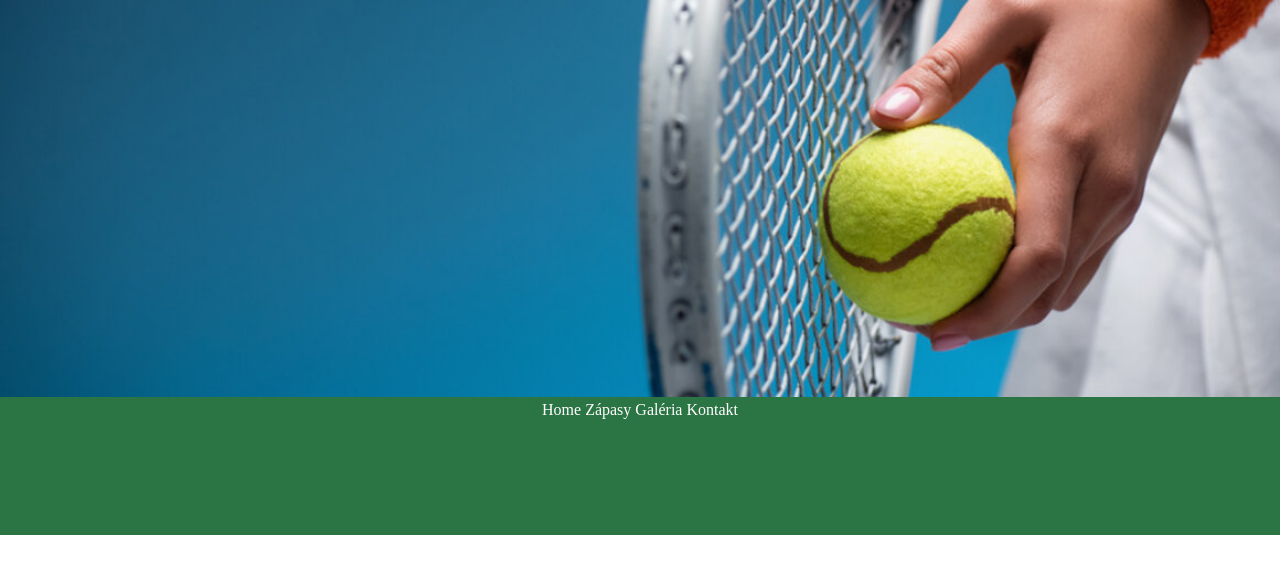
Repository: Badynko/tennis-website
Page: index.html
These files come from the project's save history. The page is drawn as it stood at one moment and after the next save; the edit follows.
The browser window is 1280 px wide. The pictures show the whole page.

Above is the page before, as saved 2024-07-31 19:22:59.

### index.html
<!DOCTYPE html>
<html lang="en">
  <head>
    <meta charset="UTF-8" />
    <meta name="viewport" content="width=device-width, initial-scale=1.0" />
    <title>Výsledky zápasov 2024</title>
    <link rel="stylesheet" href="css/style.css">
    <body>
      <header class="main-header">
      <div class="logo"><img src="img/hdr.jpg" alt="header"></div>
          <nav>
            <ul>
              <li><a href="#">Home</a></li>
              <li><a href="#">Zápasy</a></li>
              <li><a href="#">Galéria</a></li>
              <li><a href="#">Kontakt</a></li>
            </ul>
          </nav>
        </div>
      </header>
      <main></main>
      <footer></footer>
    </body>
  </head>
  <body></body>
</html>

### css/style.css
* {
  margin: 0;
  padding: 0;
  box-sizing: border-box;
}

.main-header {
  display: grid;
  grid-template-columns: 1fr;
  grid-template-rows: 3fr 1fr;
  background-color: #2b7443;
}

img {
  height: auto;
  width: 100%;
  overflow: hidden;
}

ul {
  margin: 0;
  text-align: center;
}

li {
  display: inline-block;
  text-align: center;
}

a:link {
  color: white;
  text-decoration: none;
}

After the next save:
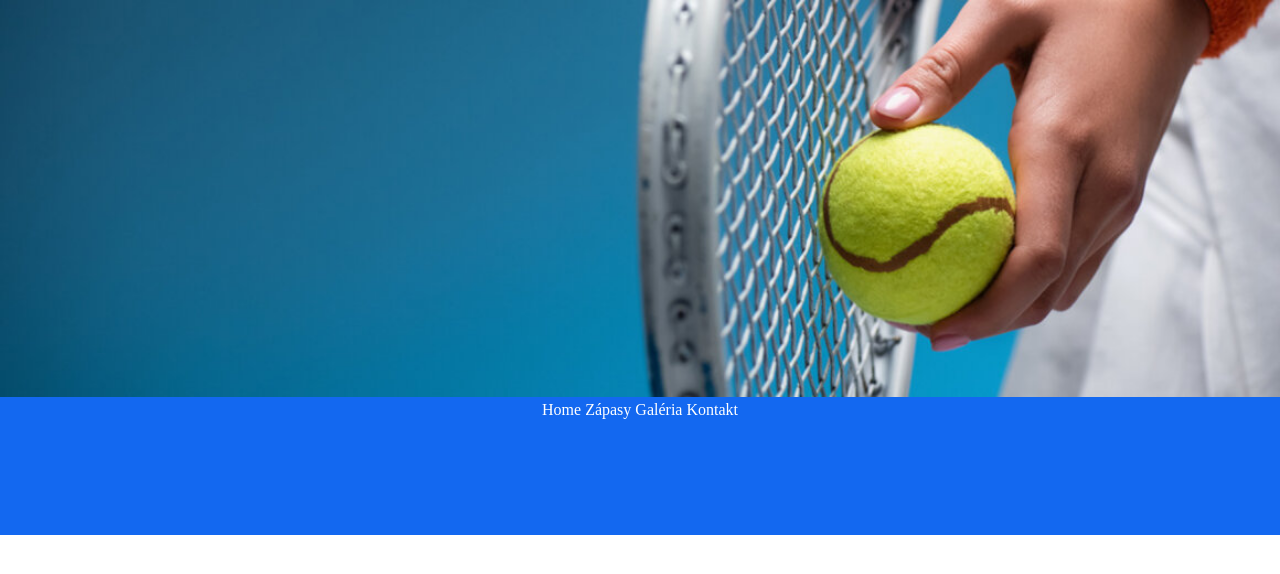
Saved 13 s later.
--- a/css/style.css
+++ b/css/style.css
@@ -8,7 +8,7 @@
   display: grid;
   grid-template-columns: 1fr;
   grid-template-rows: 3fr 1fr;
-  background-color: #2b7443;
+  background-color: #1368f0;
 }
 
 img {
